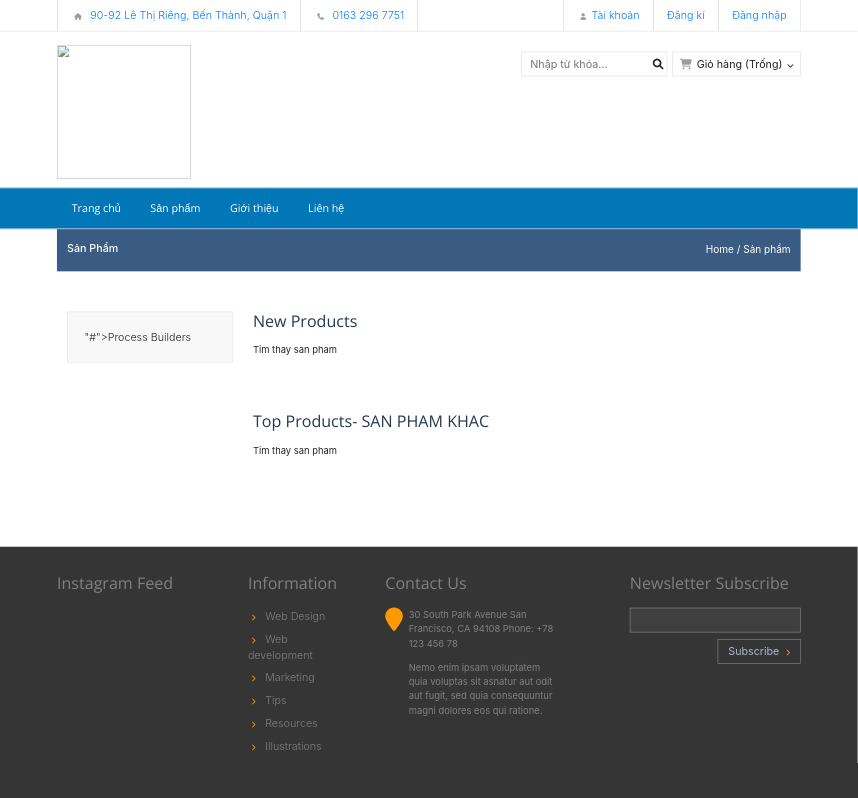
Repository: thidieu2005/Cake-Shop
Page: resources/views/page/loai_sanpham.blade.php
The author's editor kept a copy of each file at every save. The page is drawn from the files as they stood at one save, then again after the next save.
The browser window is 1280 px wide. The pictures show the whole page, at 67% of full size.
Some web fonts or font styles are not loaded; a fallback is used. Some web libraries are served in a nearby version. The page is served by the project's Laravel application, run on PHP 8.4 with Laravel 10. The database holds what the project's SQL file puts in it. The template is opened directly, without the code that normally fills it, so the values that code supplies are empty.

Above is the page before, as saved 2025-03-13 11:27:25.

After the next save:
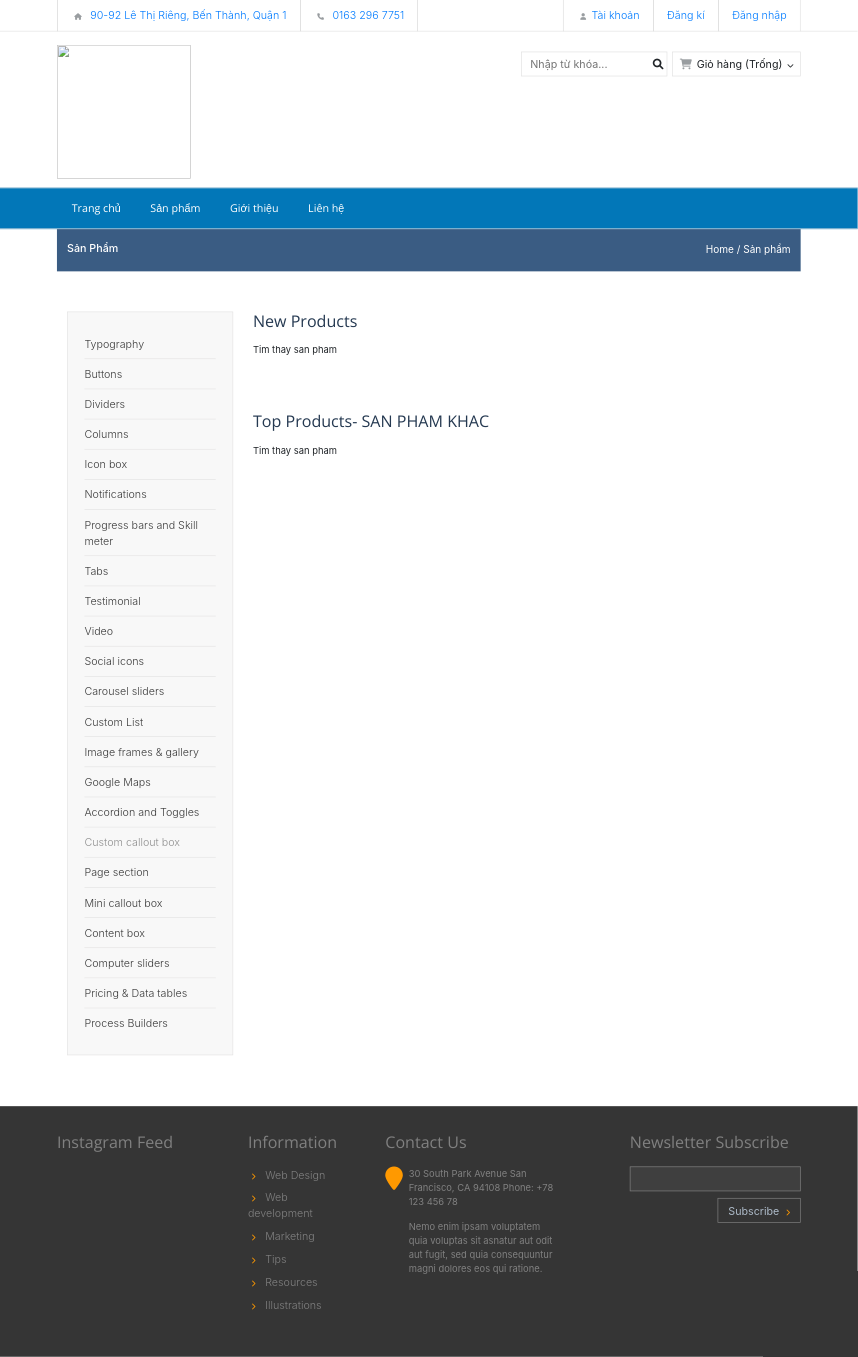
Saved 35 s later.
--- a/resources/views/page/loai_sanpham.blade.php
+++ b/resources/views/page/loai_sanpham.blade.php
@@ -45,7 +45,29 @@
             <div class="row">
                 <div class="col-sm-3">
                     <ul class="aside-menu">
-                        "#">Process Builders</a></li>
+                        <li><a href="#">Typography</a></li>
+                        <li><a href="#">Buttons</a></li>
+                        <li><a href="#">Dividers</a></li>
+                        <li><a href="#">Columns</a></li>
+                        <li><a href="#">Icon box</a></li>
+                        <li><a href="#">Notifications</a></li>
+                        <li><a href="#">Progress bars and Skill meter</a></li>
+                        <li><a href="#">Tabs</a></li>
+                        <li><a href="#">Testimonial</a></li>
+                        <li><a href="#">Video</a></li>
+                        <li><a href="#">Social icons</a></li>
+                        <li><a href="#">Carousel sliders</a></li>
+                        <li><a href="#">Custom List</a></li>
+                        <li><a href="#">Image frames &amp; gallery</a></li>
+                        <li><a href="#">Google Maps</a></li>
+                        <li><a href="#">Accordion and Toggles</a></li>
+                        <li class="is-active"><a href="#">Custom callout box</a></li>
+                        <li><a href="#">Page section</a></li>
+                        <li><a href="#">Mini callout box</a></li>
+                        <li><a href="#">Content box</a></li>
+                        <li><a href="#">Computer sliders</a></li>
+                        <li><a href="#">Pricing &amp; Data tables</a></li>
+                        <li><a href="#">Process Builders</a></li>
                     </ul>
                 </div>
                 <div class="col-sm-9">
